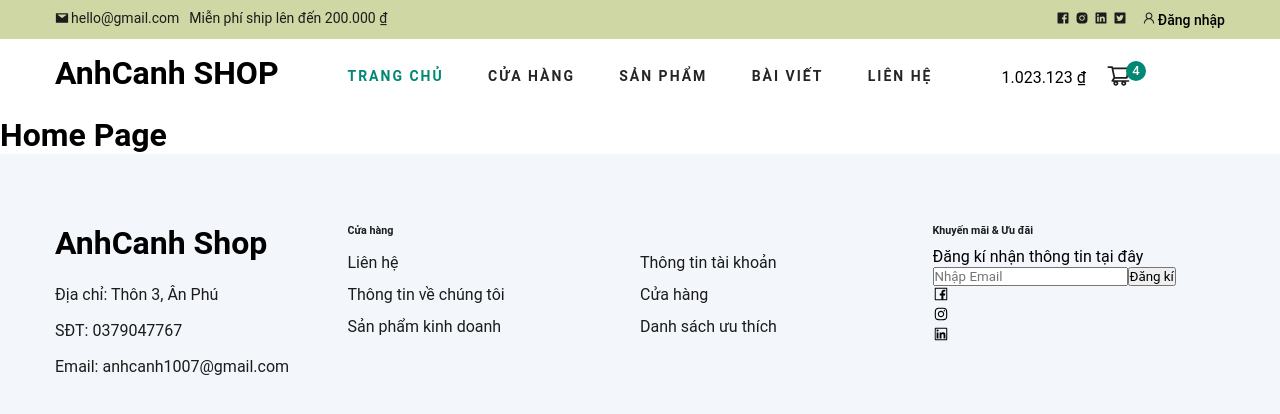
Repository: anhcanh1007/show_product
Page: /
The author's editor kept a copy of each file at every save. The page is drawn from the files as they stood at one save, then again after the next save.
The browser window is 1280 px wide. The pictures show the whole page.
The project was rebuilt for these pictures with package versions that can differ from the ones it lists, and the page was loaded fresh each time. Imported but missing from the stored project, and not drawn on this page: src/pages/user/profilePage.

Above is the page before, as saved 2024-01-26 23:06:01.

### src/index.js
import React from "react";
import ReactDOM from "react-dom/client";
import { BrowserRouter } from "react-router-dom";
import RouterCustom from "./router";
import "./style/style.scss";

const root = ReactDOM.createRoot(document.getElementById("root"));
root.render(
  <BrowserRouter>
    <RouterCustom />
  </BrowserRouter>
);

// If you want to start measuring performance in your app, pass a function
// to log results (for example: reportWebVitals(console.log))
// or send to an analytics endpoint. Learn more: https://bit.ly/CRA-vitals

### src/router.js
import { ROUTERS } from "./utils/router";
import HomePage from "./pages/user/homePage";
import ProfilePage from "./pages/user/profilePage";
import { Route, Routes } from "react-router-dom";
import MasterLayout from "./pages/user/theme/masterLayout";

const renderUserRouter = () => {
  const userRouters = [
    {
      path: ROUTERS.USER.HOME,
      component: <HomePage />,
    },
    {
      path: ROUTERS.USER.PROFILE,
      component: <ProfilePage />,
    },
  ];

  return (
    <MasterLayout>
      <Routes>
        {userRouters.map((item, key) => (
          <Route key={key} path={item.path} element={item.component} />
        ))}
      </Routes>
    </MasterLayout>
  );
};

const RouterCustom = () => {
  return renderUserRouter();
};

export default RouterCustom;

### src/style/style.scss
@import './pages/all';
@import './pages/responsive';

### src/utils/router.js
export const ROUTERS = {
  USER: {
    HOME: "",
    PROFILE: "thong-tin-ca-nhan",
  },
};

### src/pages/user/homePage/index.js
import { memo } from "react";

const HomePage = () => {
  return <h1>Home Page</h1>;
};

export default memo(HomePage);

### src/pages/user/theme/masterLayout/index.js
import { memo } from "react";
import Header from "../header";
import Footer from "../footer";

const MasterLayout = ({ children, ...props }) => {
  return (
    <div {...props}>
      <Header />
      {children}
      <Footer />
    </div>
  );
};

export default memo(MasterLayout);

### src/style/pages/_all.scss
@use "sass:map";
@import './theme';
@import './responsive';

html, body {
    margin: 0;
}

* {
    font-family: Roboto;
    padding: 0;
    margin: 0;
}

.container {
    max-width: 1170px;
    width: 100%;
    padding-left: 15px;
    padding-right: 15px;
    // background: map.get($theme-colors, "main");
    margin: auto;
}

.row {
    display: flex;
    flex-wrap: wrap;
}

.col-6 {
    flex: 0 0 50%;
    max-width: 50%;
}

.col-lg-3 {
    flex: 0 0 25%;
    max-width: 25%;
}

.col-lg-6 {
    flex: 0 0 50%;
    max-width: 50%;
}

@include Responsive($DESTOP) {
    .col-xl-3 {
        flex: 0 0 25%;
        max-width: 25%;
    }
    .col-xl-6 {
        flex: 0 0 50%;
        max-width: 50%;
    }
}

@include Responsive($MEDIUM_DEVICE) {
    .col-lg-3 {
        flex: 0 0 25%;
        max-width: 25%;
        background: red;
    }
}

### src/style/pages/_theme.scss
$theme-colors : (
    "main" : #008874,
    "normal_text": #1c1c1c,
    "bold_text": #252525,
)

### src/style/pages/_responsive.scss
$DESTOP: "DESTOP";
$MEDIUM_DEVICE: "MEDIUM_DEVICE";
$TABLE_DEVICE: "TABLE_DEVICE";
$WIDE_MOBILE: "WIDE_MOBILE";
$SMALL_DEVICES: "SMALL_DEVICES";

@mixin Responsive($canvas) {
    @if $canvas == $DESTOP {
        @media only screen and (min-width: 1200px){
            @content;
        }
    } @else if $canvas == $MEDIUM_DEVICE {
        @media only screen and (min-width: 992px) and (max-width: 1199px){
            @content;
        }
    } @else if $canvas == $TABLE_DEVICE {
        @media only screen and (min-width: 768px) and (max-width: 991px){
            @content;
        }
    } @else if $canvas == $WIDE_MOBILE {
        @media only screen and (max-width: 767px){
            @content;
        }
    } @else if $canvas == $MEDIUM_DEVICE {
        @media only screen and (max-width: 575px){
            @content;
        }
    }
}

### src/pages/user/theme/header/index.js
import { memo, useState } from "react";
import {
  AiFillFacebook,
  AiFillInstagram,
  AiFillLinkedin,
  AiFillMail,
  AiFillTwitterSquare,
  AiOutlineShoppingCart,
  AiOutlineUser,
} from "react-icons/ai";
import "./style.scss";
import { Link } from "react-router-dom";
import { formater } from "utils/formater";
import { ROUTERS } from "utils/router";

const Header = () => {
  const [menus, setMenus] = useState([
    {
      name: "Trang chủ",
      path: ROUTERS.USER.HOME,
    },
    {
      name: "Cửa hàng",
      path: ROUTERS.USER.HOME,
    },
    {
      name: "Sản phẩm",
      path: "",
      isShowSubmenu: false,
      child: [
        {
          name: "Thịt",
          path: "",
        },
        {
          name: "Rau củ",
          path: "",
        },
        {
          name: "Thức ăn nhanh",
          path: "",
        },
      ],
    },
    {
      name: "Bài viết",
      path: ROUTERS.USER.HOME,
    },
    {
      name: "Liên hệ",
      path: ROUTERS.USER.HOME,
    },
  ]);
  return (
    <>
      <div className="header__top">
        <div className="container">
          <div className="row">
            <div className="col-6 header__top_left">
              <ul>
                <li>
                  <AiFillMail />
                  <span>hello@gmail.com</span>
                </li>
                <li>Miễn phí ship lên đến {formater(200000)}</li>
              </ul>
            </div>
            <div className="col-6 header__top_right">
              <ul>
                <li>
                  <Link to={""}>
                    <AiFillFacebook />
                  </Link>
                </li>
                <li>
                  <Link to={""}>
                    <AiFillInstagram />
                  </Link>
                </li>
                <li>
                  <Link to={""}>
                    <AiFillLinkedin />
                  </Link>
                </li>
                <li>
                  <Link to={""}>
                    <AiFillTwitterSquare />
                  </Link>
                </li>
                <li>
                  <Link to={""}>
                    <AiOutlineUser />
                  </Link>
                  <span>Đăng nhập</span>
                </li>
              </ul>
            </div>
          </div>
        </div>
      </div>
      <div className="container">
        <div className="row">
          <div className="col-xl-3">
            <div className="header__logo">
              <h1>AnhCanh SHOP</h1>
            </div>
          </div>
          <div className="col-xl-6">
            <nav className="header__menu">
              <ul>
                {menus?.map((menu, menuKey) => (
                  <li key={menuKey} className={menuKey === 0 ? "active" : ""}>
                    <Link to={menu.path}>{menu.name}</Link>
                    {menu.child && (
                      <ul className="header__menu_dropdown">
                        {menu.child.map((childItem, childKey) => (
                          <li key={`${menuKey}-${childKey}`}>
                            <Link to={childItem.path}>{childItem.name}</Link>
                          </li>
                        ))}
                      </ul>
                    )}
                  </li>
                ))}
              </ul>
            </nav>
          </div>
          <div className="col-xl-3">
            <div className="header__cart">
              <div className="header__cart_price">
                <span>{formater(1023123)}</span>
              </div>
              <ul>
                <li>
                  <Link to="#">
                    <AiOutlineShoppingCart /> <span>4</span>
                  </Link>
                </li>
              </ul>
            </div>
          </div>
        </div>
      </div>
    </>
  );
};

export default memo(Header);

### src/pages/user/theme/footer/index.js
import { memo } from "react";
import "./style.scss";
import { Link } from "react-router-dom";
import {
  AiOutlineFacebook,
  AiOutlineInstagram,
  AiOutlineLinkedin,
} from "react-icons/ai";

const Footer = () => {
  return (
    <>
      <footer className="footer">
        <div className="container">
          <div className="row">
            <div className="col-lg-3">
              <div className="footer__about">
                <h1 className="footer__about_logo">AnhCanh Shop</h1>
                <ul>
                  <li>Địa chỉ: Thôn 3, Ân Phú</li>
                  <li>SĐT: 0379047767</li>
                  <li>Email: anhcanh1007@gmail.com</li>
                </ul>
              </div>
            </div>
            <div className="col-lg-6">
              <div className="footer__widget">
                <h6>Cửa hàng</h6>
                <ul>
                  <li>
                    <Link to="">Liên hệ</Link>
                  </li>
                  <li>
                    <Link to="">Thông tin về chúng tôi</Link>
                  </li>
                  <li>
                    <Link to="">Sản phẩm kinh doanh</Link>
                  </li>
                </ul>
                <ul>
                  <li>
                    <Link to="">Thông tin tài khoản</Link>
                  </li>
                  <li>
                    <Link to="">Cửa hàng</Link>
                  </li>
                  <li>
                    <Link to="">Danh sách ưu thích</Link>
                  </li>
                </ul>
              </div>
            </div>
            <div className="col-lg-3">
              <div className="footer__widget">
                <h6>Khuyến mãi & Ưu đãi</h6>
                <p>Đăng kí nhận thông tin tại đây</p>
                <form action="#">
                  <div>
                    <input type="text" placeholder="Nhập Email" />
                    <button type="submit" className="submit-button">
                      Đăng kí
                    </button>
                  </div>
                  <div>
                    <div>
                      <AiOutlineFacebook />
                    </div>
                    <div>
                      <AiOutlineInstagram />
                    </div>
                    <div>
                      <AiOutlineLinkedin />
                    </div>
                  </div>
                </form>
              </div>
            </div>
          </div>
        </div>
      </footer>
    </>
  );
};

export default memo(Footer);

### src/pages/user/theme/header/style.scss
@use "sass:map";
@import 'style/pages/_theme.scss';
.header__top{
    background-color: #CFD7A4;
}

.header__top_left {
    padding: 10px 0 10px;
    ul {
        display: flex;
        align-items: center;
        column-gap: 10px;
        list-style: none;

        li{
            font-size: 14px;
            color: map.get($theme-colors, "normal_text");
            display: flex;
            align-items: center;
            column-gap: 2px;
        }
    }
}

.header__top_right {
    display: flex;
    justify-content: flex-end;
    padding: 10px 0 10px;
    align-items: center;

    ul {
        display: flex;
        column-gap: 5px;
        list-style: none;

        li:last-child{
            margin-left: 10px;

            span {
                font-size: 14px;
                margin-left: 2px;
                font-weight: 500;
            }
        }

        a {
            font-size: 14px;
            display: inline-block;
            color: map.get($theme-colors, "normal_text");
        }
    }
}

.header__logo {
    padding: 15px 0;
}

.header__menu {
    padding: 24px 0;

    ul {
        display: flex;
        justify-content: space-between;

        li {
            list-style: none;

            a {
                text-decoration: none;
                font-size: 14px;
                color: map.get($theme-colors, 'bold_text');
                font-weight: bold;
                text-transform: uppercase;
                letter-spacing: 2px;
                transition: all 0.3s;
                padding: 5px 0;
                display: block;
            }
        }

        li:hover .header__menu_dropdown {
            opacity: 1;
            visibility: visible;
        }

        .active a{
            color: map.get($theme-colors, 'main');
        }

        .header__menu_dropdown {
            background-color: #222222;
            display: block;
            position: absolute;
            width: 180px;
            z-index: 9;
            padding: 5px 0;
            transition: all, 0.3s;
            opacity: 0;
            visibility: hidden;

            a{
                text-transform: capitalize;
                color: #ffffff;
                font-weight: 400;
                padding: 5px 15px;
            }

            :hover {
                color: map.get($theme-colors, 'main');
            }
        }
    }
}

.header__cart {
    display: flex;
    justify-content: center;
    align-items: center;
    padding: 24px 0;

    ul {
        display: flex;
        margin-right: 25px;

        li {
            list-style: none;
            position: relative;
            margin-left: 20px;

            svg {
                font-size: 25px;
                color: map.get($theme-colors, "normal_text");
            }

            span {
                color: white;
                background-color: map.get($theme-colors, "main");
                position: absolute;
                height: 20px;
                width: 20px;
                border-radius: 40px;
                display: inline-block;
                text-align: center;
                line-height: 20px;
                font-size: 13px;
                font-weight: 500;
                left: 20px;
                top: -2px;
            }
        }
    }

}

### src/utils/formater.js
export const formater = (number) => {
  return new Intl.NumberFormat("vi-VN", {
    style: "currency",
    currency: "VND",
  }).format(number);
};

### src/pages/user/theme/footer/style.scss
@use "sass:map";
@import 'style/pages/_theme.scss';

.footer {
    background: #F3F6FA;
    padding-top: 70px;
    padding-bottom: 0;
    .footer__about {
        margin-bottom: 30px;

        .footer__about_logo {
            margin-bottom: 15px;
            display: inline-block;
        }

        ul {

            li {
                list-style: none;
                color: map.get($theme-colors, 'normal_text');
                font-style: 16px;
                line-height: 36px;
            }
        }
    }

    .footer__widget {
        margin-bottom: 30px;
        overflow: hidden;

        h6 {
            color: map.get($theme-colors,'normal_text');
            margin-bottom: 10px;
            font-style: 16px;
            font-weight: 700;
        }

        ul {
            float: left;
            width: 50%;

            li {
                list-style: none;

                a {
                    color: map.get($theme-colors,'normal_text');
                    font-style: 14px;
                    line-height: 32px;
                    text-decoration: none;
                }
            }
        }
    }
}

Loaded but not shown: public/index.html (common file)

After the next save:
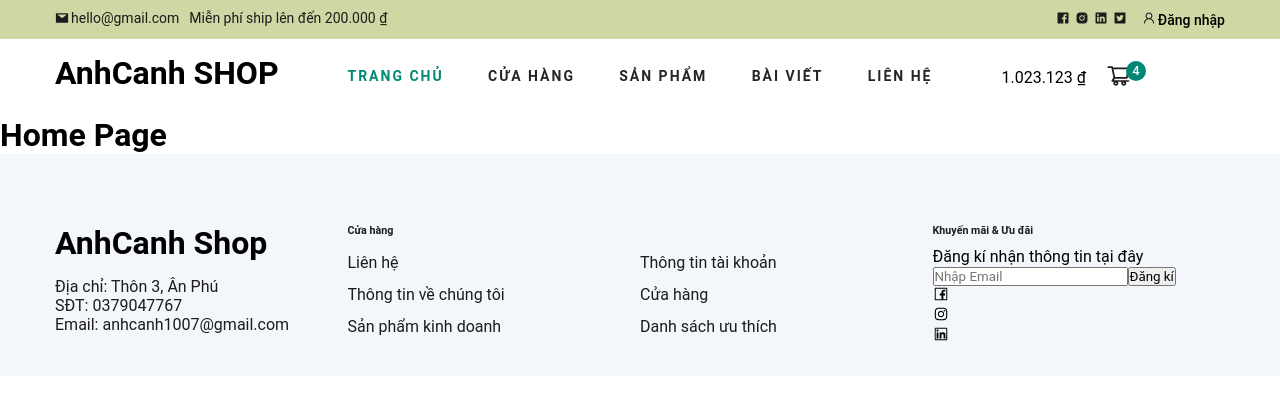
Saved 3 min 17 s later.
--- a/src/pages/user/theme/footer/style.scss
+++ b/src/pages/user/theme/footer/style.scss
@@ -18,8 +18,7 @@
             li {
                 list-style: none;
                 color: map.get($theme-colors, 'normal_text');
-                font-style: 16px;
-                line-height: 36px;
+
             }
         }
     }
